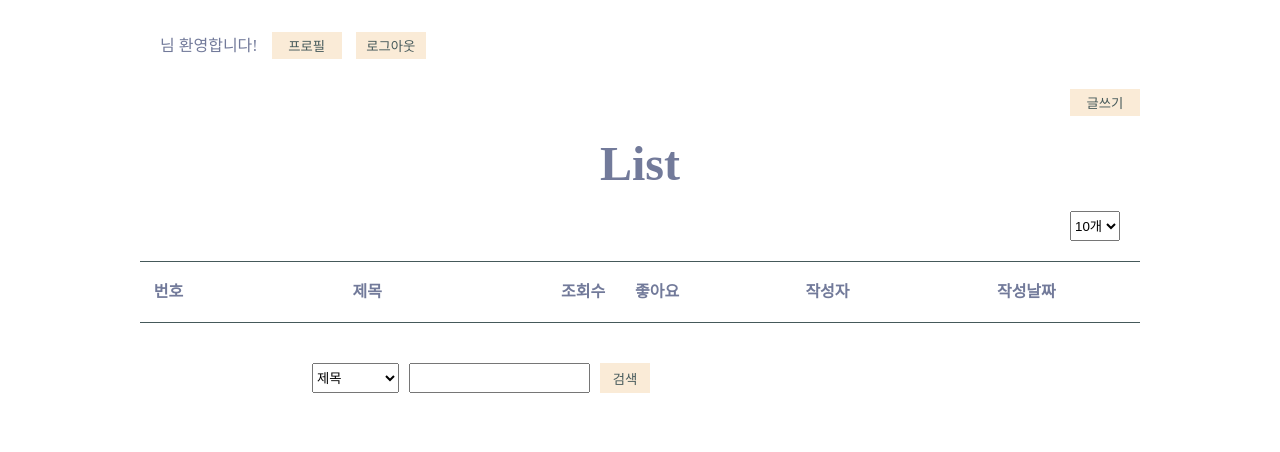
Repository: kayoyo/jsp
Page: http://localhost/BoardWeb_4/WEB-INF/jsp/board/list.jsp
An editor plug-in stored every save of this project. The page is shown before and after the next save, followed by the edit.
The browser window is 1280 px wide. The pictures show the whole page.
The page is served by Tomcat 9. Nobody is signed in. Other server files are loaded and not shown. The template is opened directly, without the code that normally fills it, so the values that code supplies are empty.

Above is the page before, as saved 2020-09-03 08:33:32.

### BoardWeb_4/WebContent/WEB-INF/jsp/board/list.jsp
<%@ page language="java" contentType="text/html; charset=UTF-8"
	pageEncoding="UTF-8"%>
<%@ page import="java.util.*"%>
<%@ page import="com.koreait.pjt.vo.BoardVO"%>
<%@ taglib uri="http://java.sun.com/jsp/jstl/core" prefix="c"%>
<!DOCTYPE html>
<html>
<head>
<meta charset="UTF-8">
<style>
* {
	margin: 0;
	padding: 0;
}

*:focus{
	outline:none;
}

a {
	text-decoration: none;
	color : #45595a;

}

.pageCnt {
	text-align: center;
	font-size: 20px;
	margin-top: 50px;

}

.container {
	width: 1000px;
	margin: 0 auto;
}

.nowP {
	color: pink;
}
.user_name { margin-top: 30px;
			margin-left: 20px;
			color : #727A9A;
}
div.user_write { display: flex;
				 justify-content: flex-end;
				 margin-top: 30px;
}
.logOutBtn {width: 70px; height: 27px;
			margin-left:10px;
			background-color: #faebd7;
			color: #45595a; border:none;
}
.writeBtn {width: 70px; height: 27px;
		   background-color: #faebd7;
		   color: #45595a; border:none;


}
.proBtn {width: 70px; height: 27px;
			margin-left:10px;
			background-color: #faebd7;
			color: #45595a; border:none;
}

.containerPImg {
		display: inline-block;
		width: 30px;
		height: 30px;
	    border-radius: 50%;
	    overflow: hidden;
	}

	.pImg {

		 object-fit: cover;
		  max-width:100%;
	}

#iiyo {color : pink; }

.highlight {color: red;}

.user {
		font-size : 1.5em;
		font-weight:bold;
		color: #45595a;
	}
.title {
		font-size : 3em;
		font-weight:bold;
		text-align: center;
		margin : 20px;
		color : #727A9A;
		}
#selFrm {
		display : flex;
		justify-content: flex-end;
		margin : 20px;
	}

form#searchCss { width : 500px;
				display : flex;
				justify-content: end;
				margin-top: 40px;
				margin-left: 10px;
}
select#searchCss1{ margin-right: 10px; height: 30px; }

input#searchCss2{ margin-right: 10px;}

input#searchCss3{ margin-left: 0;
				  width: 50px;
				  background-color: #faebd7;
		          color: #45595a; border:none
		          }
select.recodeCnt { height: 30px; }

table th, td {line-height : 60px;
		 		  border-collapse: collapse;
		 		  border-bottom: 1px solid #45595a;
				  border-top: 1px solid  #45595a;

}

table th {border-bottom: 1px solid #45595a;}

table { text-align: center;
	    color : #727A9A;
	    width : 1000px;
	    border-bottom: 1px solid #45595a;
		border-top: 1px solid  #45595a;
		border-collapse: collapse;
}


</style>

<title>리스트</title>
<link href="https://fonts.googleapis.com/icon?family=Material+Icons"
      rel="stylesheet">
</head>
<body>
	<div class="container">

		<div class="user_name">
		<span class="user">${loginUser.user_name}</span> 님 환영합니다!
		<a href="/profile"><button class="proBtn">프로필</button></a>
			<a href="/logout"><button class="logOutBtn">로그아웃</button></a>
		</div>
		<div class="user_write">
			<a href="/board/regmod"><button class="writeBtn">글쓰기</button></a>
		</div>
		<div class="title">List</div>
		<form id="selFrm" action="/board/list" method="get">
		<input type="hidden" name="page" value="1">
		<select name="record_cnt" onchange="changeRecord()" class="recodeCnt">
			<c:forEach begin="10" end="30" step="10" var="reItem">
				<c:choose>
					<c:when test="${recordCnt == reItem}">
						<option value="${reItem}" selected>${reItem}개</option>
					</c:when>
					<c:otherwise>
						<option value="${reItem}">${reItem}개</option>
					</c:otherwise>
				</c:choose>
			</c:forEach>
			</select>
			</form>
		<table>
			<tr>
				<th width=50>번호</th>
				<th width=300>제목</th>
				<th width=80>조회수</th>
				<th width=50>좋아요</th>
				<th width=50></th>
				<th width=150>작성자</th>
				<th width=200>작성날짜</th>
			</tr>
			<c:forEach items="${list}" var="liItem"><!--forEach items는 리스트 형태-->
				<tr onclick="moveToDetail(${liItem.i_board})">
					<td>${liItem.i_board}</td>
					<td>${liItem.title}</td>
					<td>${liItem.hits}</td>
					<td>${liItem.like_cnt}</td>
					<td>
					<div onclick="like(${liItem.like_cnt})">
			 			<c:if test = "${liItem.like_cnt == 0}">
             				<span class="material-icons" id="yadayo">thumb_up_alt</span></c:if>
			 			<c:if test = "${liItem.like_cnt == 1}">
			 				<span class="material-icons" id="iiyo">thumb_up_alt</span></c:if>
					</div>
					</td>
					<td>${liItem.user_nm}
					<div class="containerPImg">
					<c:choose>
						<c:when test="${liItem.profile_img != null}">
							<img class="pImg" src="/img/user/${liItem.i_user}/${liItem.profile_img}">
						</c:when>
						<c:otherwise>
							<img class="pImg" src="/img/default_profile.jpg">
						</c:otherwise>
						</c:choose>
						</div>
						</td>
						<td>${liItem.r_dt}</td>
				</tr>
			</c:forEach>
		</table>
			<form action="/board/list" id="searchCss">
				<select name="searchType" id="searchCss1">
					<option value="a" ${searchType == 'a' ? 'selected' : ''}>제목</option>
					<option value="b" ${searchType == 'b' ? 'selected' : ''}>내용</option>
					<option value="c" ${searchType == 'c' ? 'selected' : ''}>제목 + 내용</option>
				</select>
				<input type="search" name="searchText" value="${param.searchText}" id="searchCss2">
				<input type="submit" value="검색" id="searchCss3">
				<input type="hidden" name="record_cnt" value="${recordCnt}">
			</form>
		<div class="pageCnt">
			<c:forEach var="pItem" begin="1" end="${pagingCnt}">
				<c:choose>
					<c:when test="${pItem == page}">
						<span class="nowP">${pItem}</span>
					</c:when>
					<c:otherwise>
						<span class="page"><a href="/board/list?page=${pItem}&record_cnt=${recordCnt}&searchText=${param.searchText}&searchType=${searchType}">${pItem}</a></span>
					</c:otherwise>
				</c:choose>
			</c:forEach>
		</div>
	</div>
	<script>
	function moveToDetail(i_board){
		location.href = '/board/detail?page=${page}&record_cnt=${param.record_cnt}&searchType=${searchType}&searchText=${param.searchText}&i_board=' + i_board

	}
	function changeRecord(){
		selFrm.submit()
	}
	</script>
</body>
</html>

After the next save:
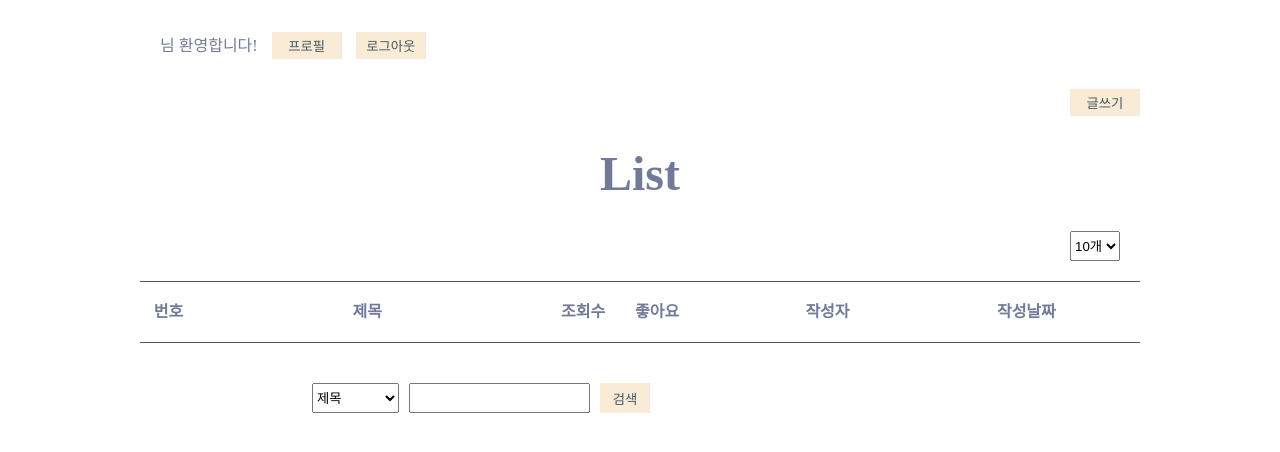
Saved 9 s later.
--- a/BoardWeb_4/WebContent/WEB-INF/jsp/board/list.jsp
+++ b/BoardWeb_4/WebContent/WEB-INF/jsp/board/list.jsp
@@ -90,7 +90,7 @@ div.user_write { display: flex;
 		font-size : 3em;
 		font-weight:bold;
 		text-align: center;
-		margin : 20px;
+		margin : 30px;
 		color : #727A9A;
 		}
 #selFrm {
